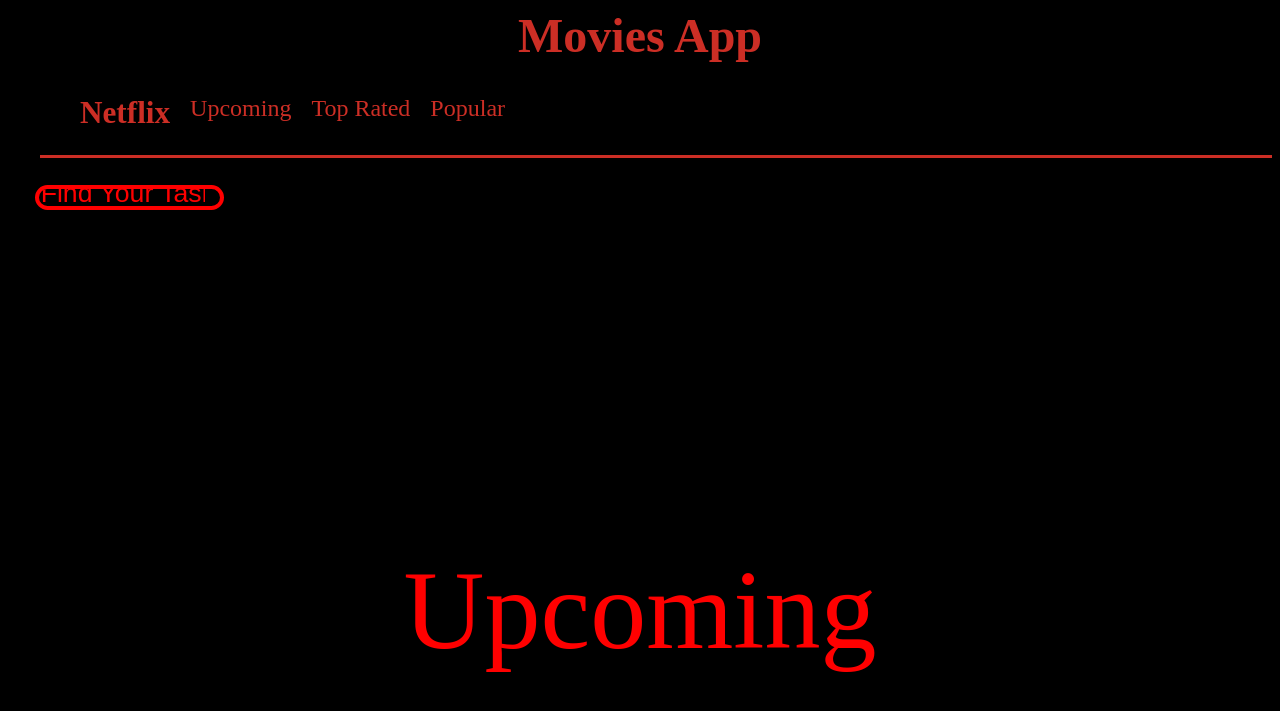
Repository: runner855/movie-app
Page: /
An editor plug-in stored every save of this project. The page is shown before and after the next save, followed by the edit.
The browser window is 1280 px wide. The pictures show the whole page.
The project was rebuilt for these pictures with package versions that can differ from the ones it lists, and the page was loaded fresh each time. Also part of the build but not shown: src/styles/TopRated.css, src/components/TopRated.tsx, src/styles/Popular.css, src/components/Popular.tsx.

Above is the page before, as saved 2022-11-16 17:36:03.

After the next save:
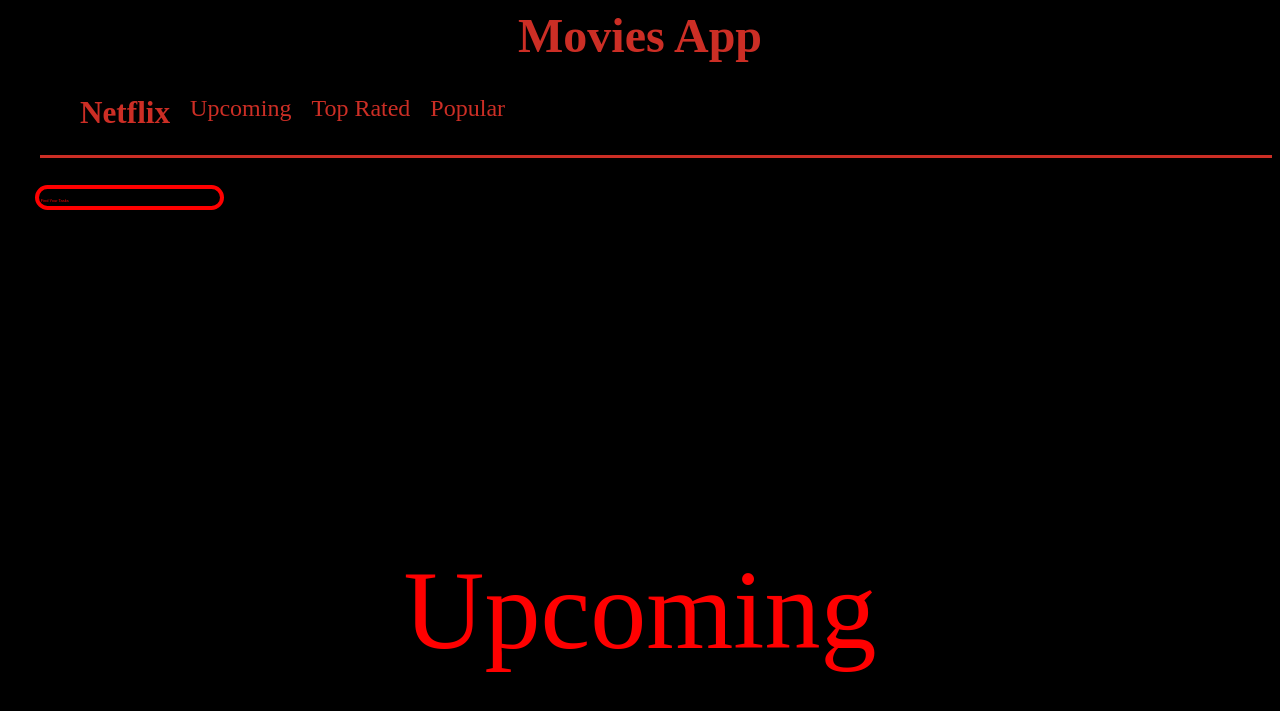
Saved 11 s later.
--- a/src/styles/MoviesFilter.css
+++ b/src/styles/MoviesFilter.css
@@ -11,5 +11,5 @@
 
 input::placeholder {
   color: red;
-  font-size: 2em;
+  font-size: 0.3em;
 }
